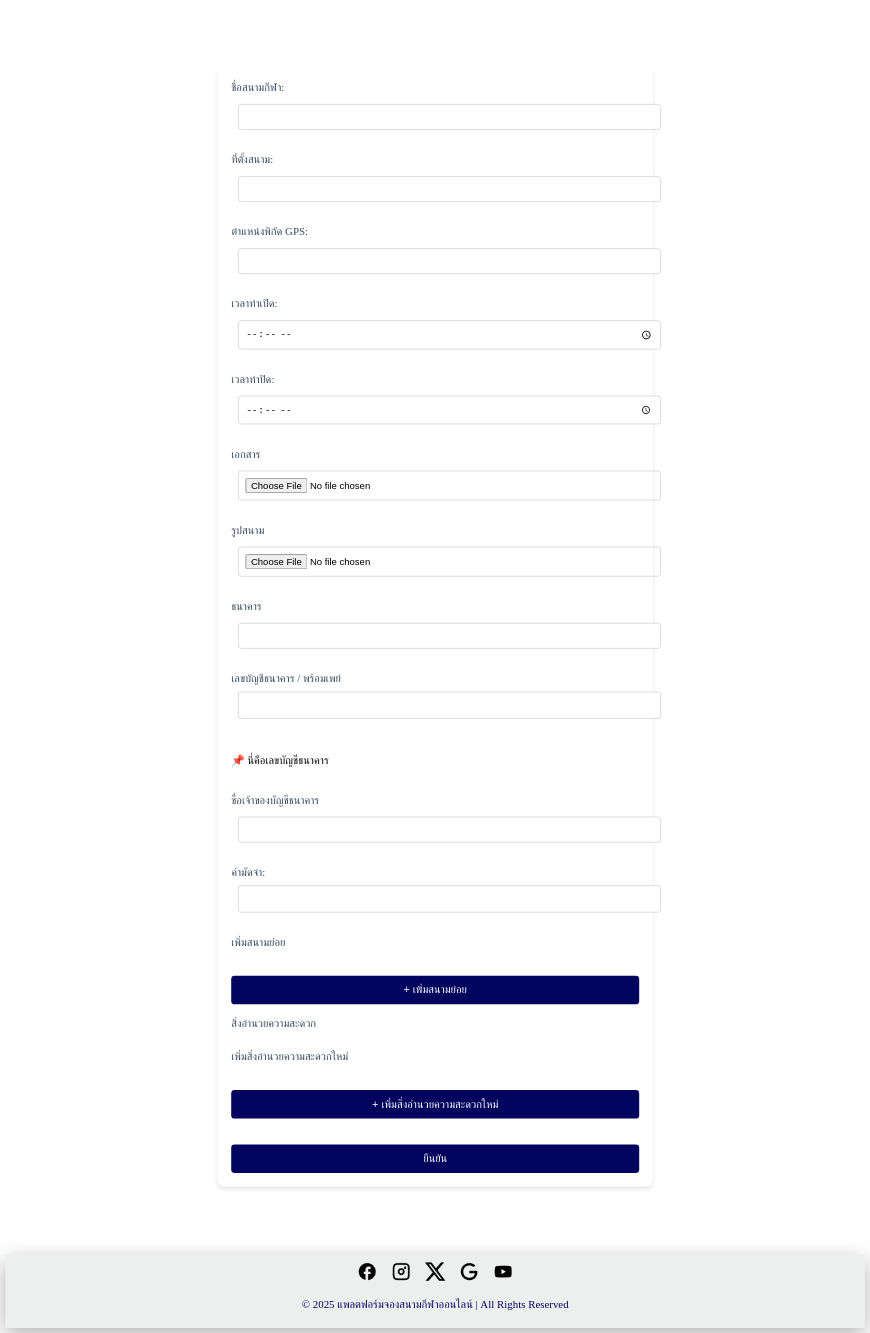
Repository: narawit101/project2
Page: /register-field (app in frontend/)
The author's editor kept a copy of each file at every save. The page is drawn from the files as they stood at one save, then again after the next save.
The browser window is 1280 px wide. The pictures show the whole page, at 68% of full size.
The page's requests for data from a server got no answer. The project was rebuilt for these pictures with package versions that can differ from the ones it lists, and the page was loaded fresh each time. The framework's server and built-in components were replaced by stand-ins that run in the browser. No one was signed in, and anything a server would have sent is missing. Also part of the build but not shown: frontend/next.config.js, frontend/next.config.mjs, frontend/src/app/globals.css.

Above is the page before, as saved 2025-03-19 00:04:18.

After the next save:
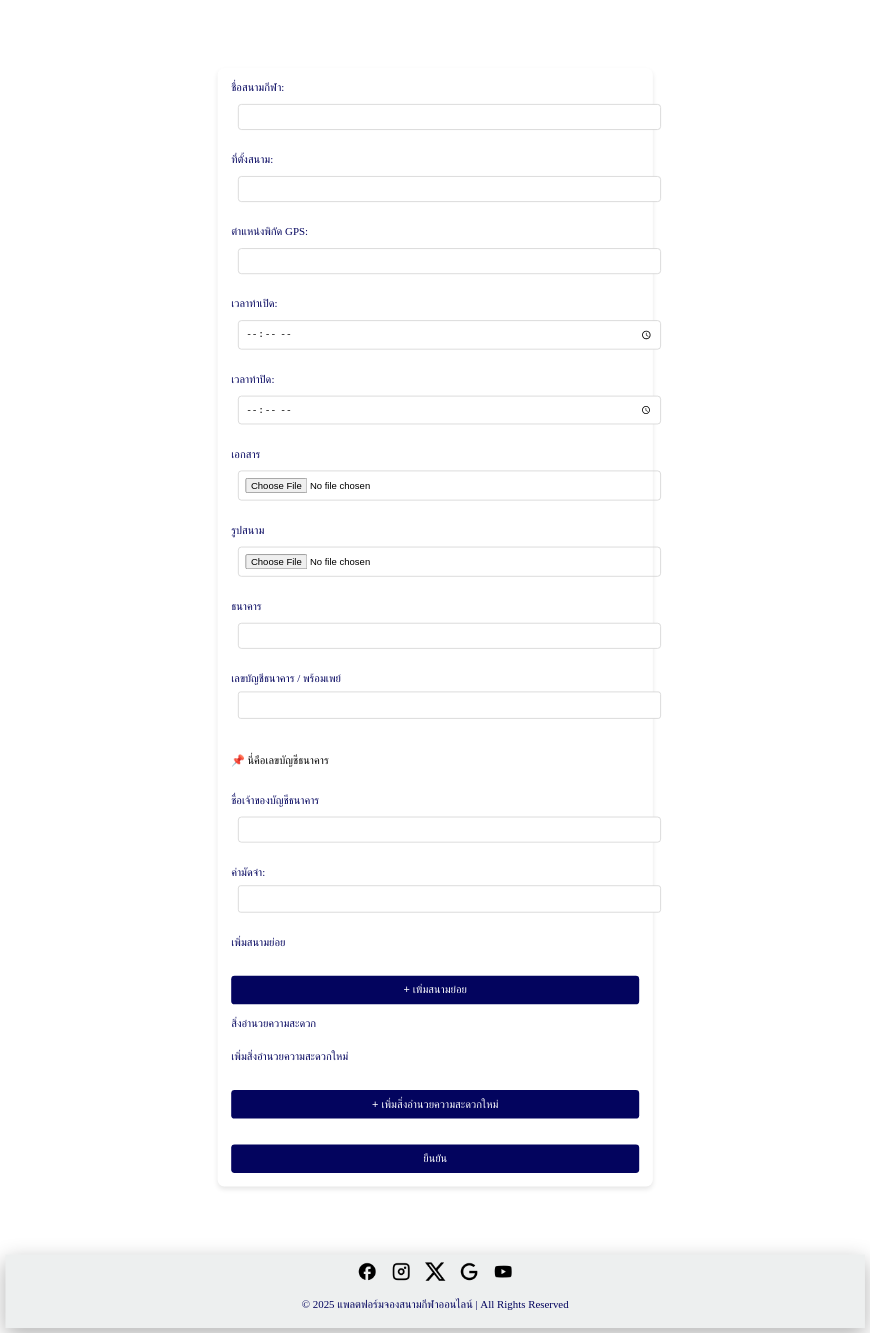
Saved 9 s later.
--- a/frontend/src/app/css/registerFieldForm.css
+++ b/frontend/src/app/css/registerFieldForm.css
@@ -37,7 +37,7 @@ form {
 
   .input-group label {
     font-size: 16px;
-    color: #34495e;
+    color: var(--text-color);
     font-weight: 500;
     cursor: pointer;
   }
